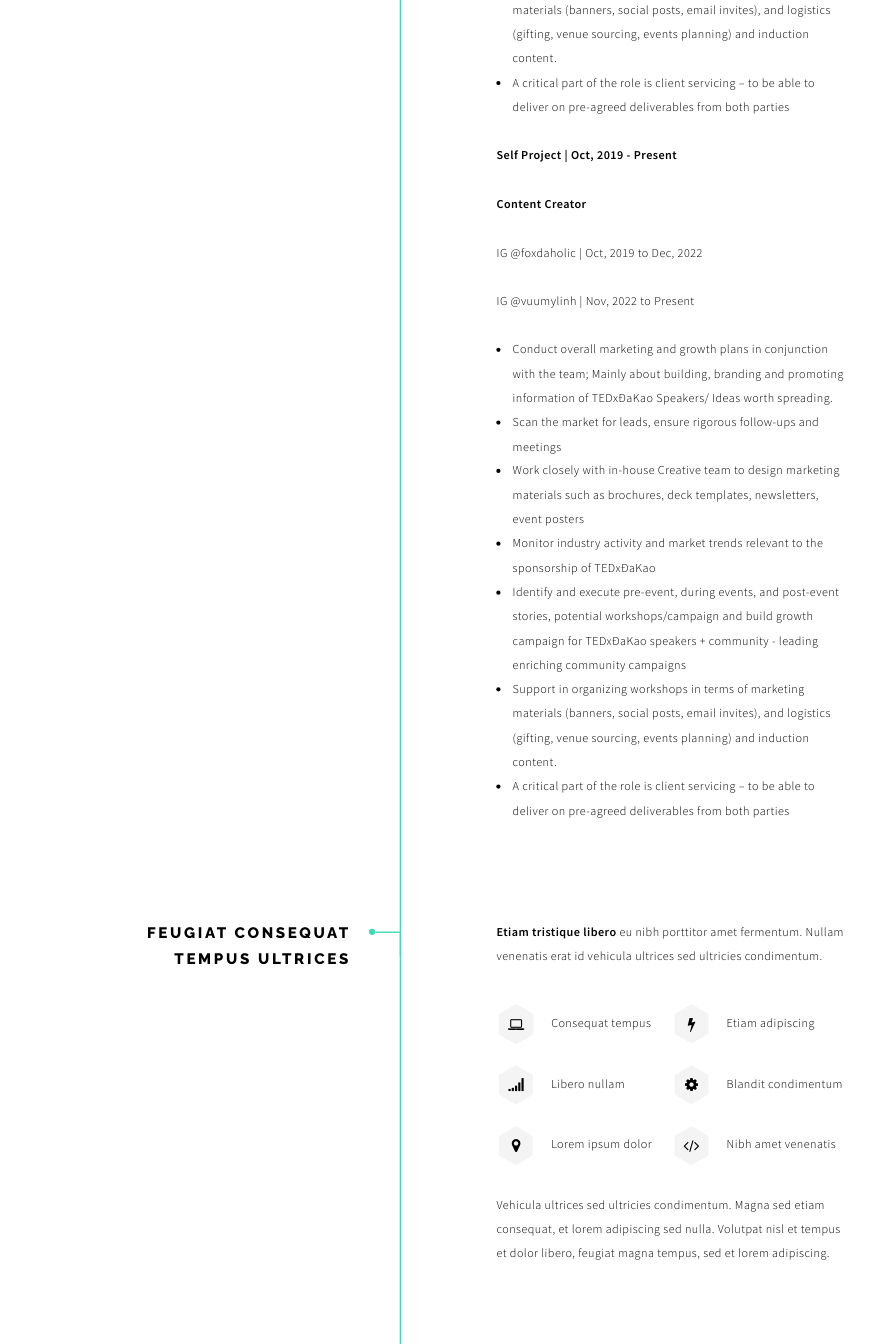
Repository: leonardin999/linh-porfolios
Page: index.html
An editor plug-in stored every save of this project. The page is shown before and after the next save, followed by the edit.
The browser window is 1280 px wide. The pictures show the part of the page from y = 2144 to 4064 px (the page is 8398 px tall before and 8225 px after), at 70% of full size.

Above is the page before, as saved 2023-01-24 10:21:19.

After the next save:
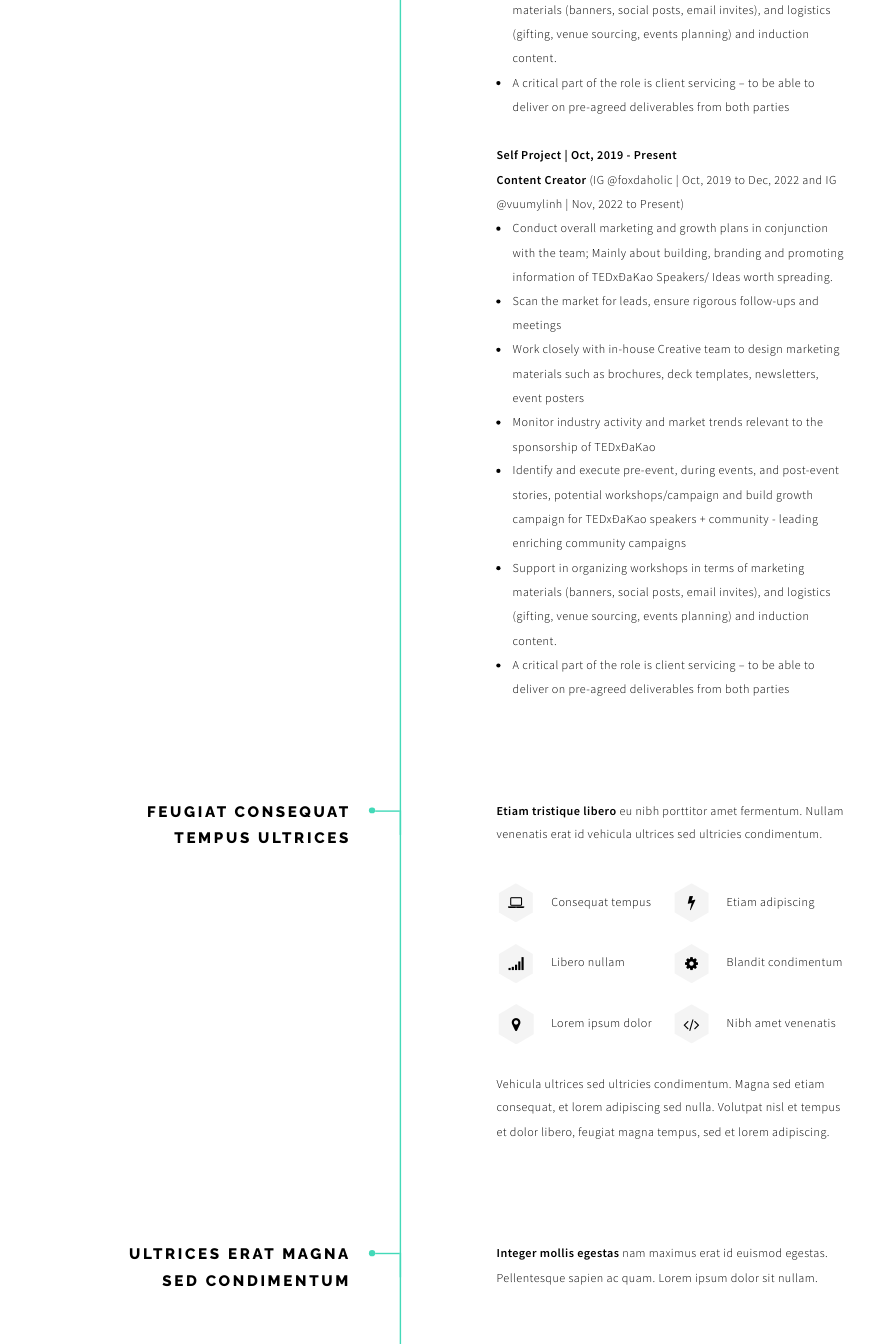
Saved 57 s later.
--- a/index.html
+++ b/index.html
@@ -74,11 +74,7 @@
             </ul>
 
             <strong>Self Project | Oct, 2019 - Present</strong>
-            <p>
-            <br><strong>Content Creator</strong></br>
-            <br>IG @foxdaholic | Oct, 2019 to Dec, 2022</br>
-            <br>IG @vuumylinh  | Nov, 2022 to Present</br>
-            </p>
+            <br><strong>Content Creator</strong> (IG @foxdaholic | Oct, 2019 to Dec, 2022 and IG @vuumylinh  | Nov, 2022 to Present)</br>
             <ul class="">
               <li class="">Conduct overall marketing and growth plans in conjunction with the team; Mainly about building, branding and promoting information of TEDxĐaKao Speakers/ Ideas worth spreading.</li>
               <li class="">Scan the market for leads, ensure rigorous follow-ups and meetings</li>
